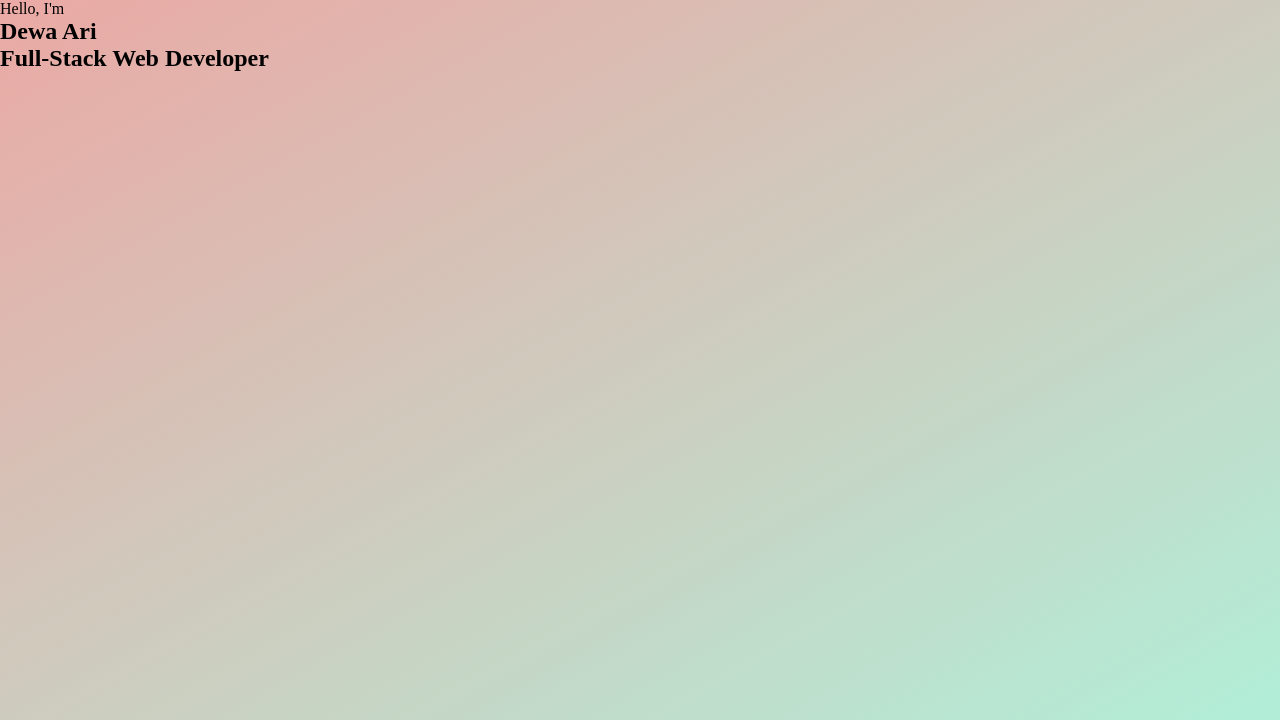
Repository: dewaary/Glassmorp-me
Page: index.html
An editor plug-in stored every save of this project. The page is shown before and after the next save, followed by the edit.
The browser window is 1280 px wide. The pictures show the whole page.

Above is the page before, as saved 2021-05-12 21:58:29.

### index.html
<!DOCTYPE html>
<html lang="en">
<head>
    <meta charset="UTF-8">
    <meta http-equiv="X-UA-Compatible" content="IE=edge">
    <meta name="viewport" content="width=device-width, initial-scale=1.0">
    <link rel="stylesheet" href="style.css">
    <title>Document</title>
</head>
<body>


    <div class="main">

        <section class="home-section">
            <div class="container">
                <div class="row">
                    <div class="home-text">
                        <p>Hello, I'm</p>
                        <h1>Dewa Ari</h1>
                        <h2>Full-Stack Web Developer</h2>
                    </div>
                    <div class="home-img"></div>
                </div>
            </div>
        </section>

    </div>

</body>
</html>

### style.css

:root{
    --main-color: #e02f6b;
    --blue: #0000ff;
    --blue-dark: #18293c;
    --orange: #ffa500;
    --green-yellow: #cddc39;
    --pink-light: #efa2b4;
    --cyan-light: #aef1ee;
    --white: #ffffff;
    --white-alpha-40: rgba(255, 255, 255, 0.40);
    --white-alpha-25: rgba(255, 255, 255, 0.25);
    --backdrop-filter-blur: blur(5px);

}

*{
    box-sizing: border-box;
    padding: 0;
    margin: 0;
    outline: none;
}

::before,
::after{
    box-sizing: border-box;
}

body {
    min-height: 100vh;
    background-image: linear-gradient(to bottom right, var(--pink-light), var(--cyan-light));
}

body::before{
    content: '';
    position: fixed;
    left: 0;
    top: 0;
    height: 100%;
    width: 100%;
    background-color: var(--green-yellow);
    z-index: -1;
    opacity: 0.12;
}

After the next save:
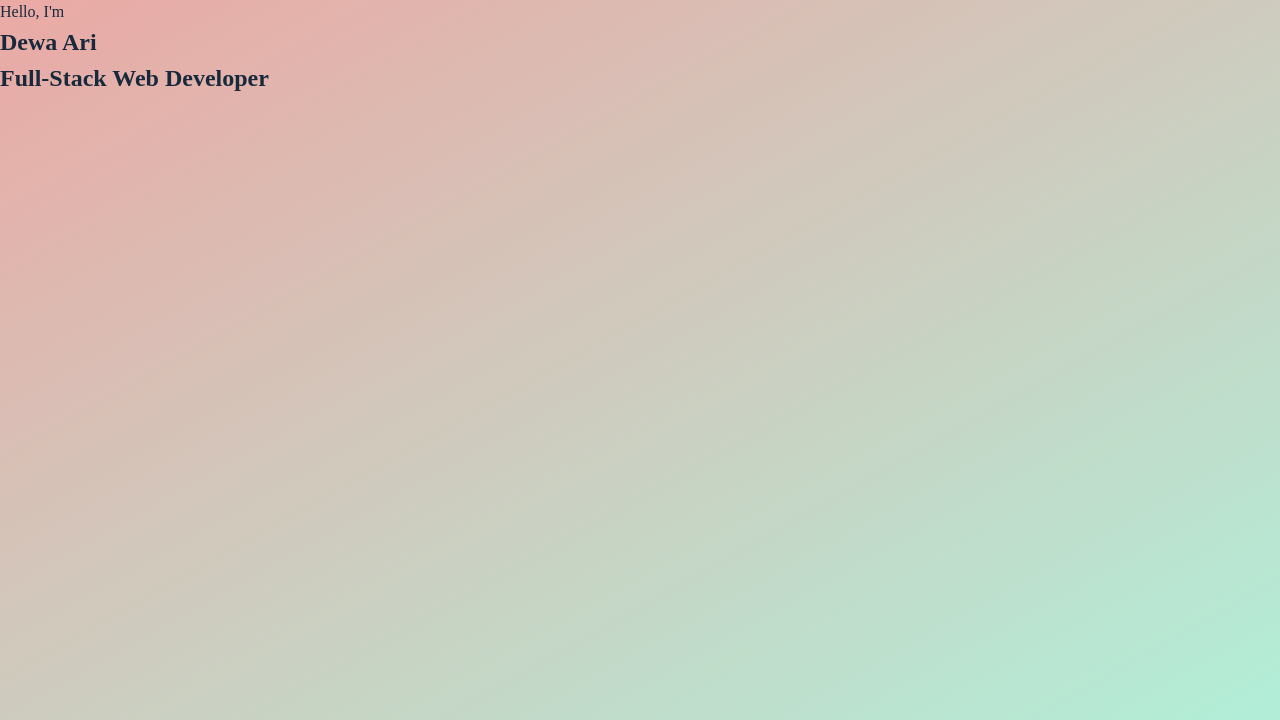
Saved 107 s later.
--- a/style.css
+++ b/style.css
@@ -29,6 +29,11 @@
 body {
     min-height: 100vh;
     background-image: linear-gradient(to bottom right, var(--pink-light), var(--cyan-light));
+    font-size: 16px;
+    color: var(--blue-dark);
+    line-height: 1.5;
+    overflow-x: hidden;
+    -webkit-top-hightlight-color: transparent;
 }
 
 body::before{
